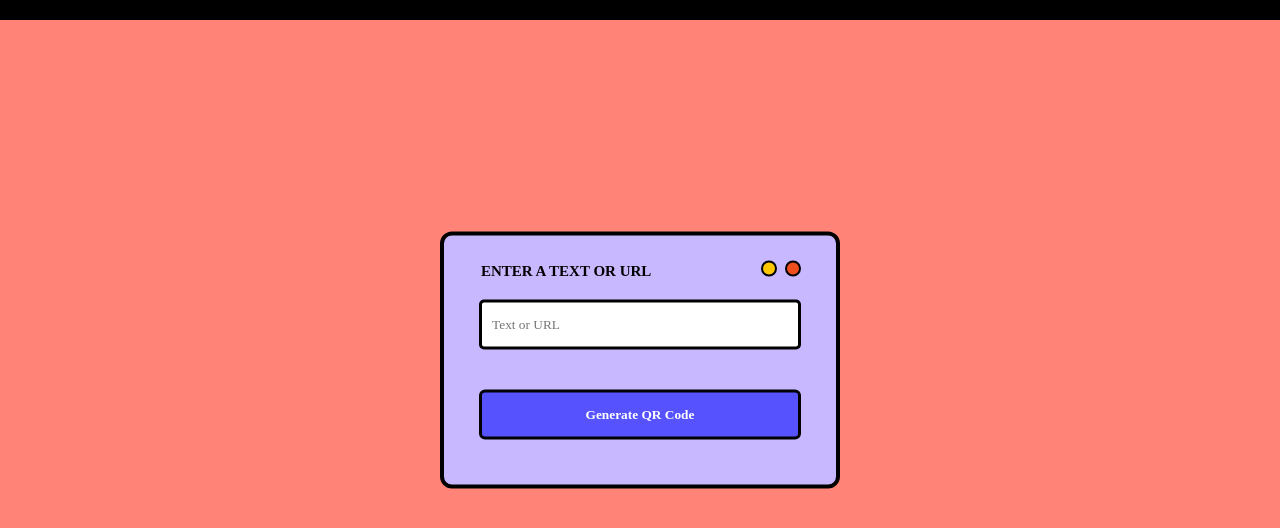
Repository: ThisIsSahaj/Js-Projects
Page: QRcodeGen/index.html
The author's editor kept a copy of each file at every save. The page is drawn from the files as they stood at one save, then again after the next save.
The browser window is 1280 px wide. The pictures show the whole page.

Above is the page before, as saved 2024-04-23 18:20:01.

### QRcodeGen/index.html
<!DOCTYPE html>
<html lang="en">
<head>
    <meta charset="UTF-8">
    <meta http-equiv="X-UA-Compatible" content="IE=edge">
    <meta name="viewport" content="width=device-width, initial-scale=1.0">
    <title>QR Code Generator</title>

    <link rel="stylesheet" href="style.css">

</head>
<body>
    <div class="container">
        <div class="header" style="display: flex; justify-content: space-between;">
            <p>ENTER A TEXT OR URL</p>
            <div style="display: flex; gap: 8px;">
                <span style=" background-color: #FFC700; border: 2px solid black;"></span>
                <span style=" background-color: #EF4F1E; border: 2px solid black;" ></span>
            </div>

        </div>
        <input type="text" placeholder="Text or URL" id="input">
        <div id="qrBox">
            <img src="" id="qrImg">
        </div>
        <button onclick="generate()">Generate QR Code</button>
    </div>

</body>

<script src="script.js"></script>
</html>

### QRcodeGen/style.css
*{
  padding: 0;
  margin: 0;
  box-sizing: border-box;
  /* font-family: Arial, Helvetica, sans-serif; */
  font-family: 'whyte';
}

html{
    /* cursor: url('/assets/images/Pointer.png'), auto; */
    border: 10px solid black;
}


body{
    background: #FF8477;
}

.container{
    width: 400px;
    padding: 25px 35px;
    position: absolute;
    top: 50%;
    left: 50%;
    transform: translate(-50%,-50%);
    background-color: #C8B8FF;
    border: 4px solid black;
    color: black;
    border-radius: 12px;
    font-weight: bold;
}

.container p{
    font-weight: 600;
    font-size: 15px;
    margin-bottom: 8px;
    padding: 2px;
    width: 60%;
}
 span{
    border-radius: 50%;
    width: 16px;
    height: 16px;
}

.container input{
    width: 100%;
    height: 50px;
    border: 3px solid #000;
    outline: 0;
    padding: 10px;
    margin: 10px 0 20px;
    border-radius: 5px;
    }

.container button{
     width: 100%;
     height: 50px;
     background: #5552FE;
     color: #fff;
     border: 3px solid black;
     outline: 0;
     border-radius: 6px;
     cursor: pointer;
     margin: 20px 0;
     font-weight: 700;
     cursor: url('/assets/images/Pointer.png'), auto;
    }

#qrBox{
       width: 200px;
       max-height: 0;
       overflow: hidden;
       transition: max-height 1s;
       /* border: none; */
       background: #fff;
       border-radius: 10px;
    }

#qrBox img{
        border: none;
        width: 100%;
        padding: 10px;

     }

#qrBox.show-img{
    max-height: 300px;
    margin: 10px auto;
    border: 1px solid #d1d1d1;
}

.error{
    animation: shake 0.1s linear 4;
}
@keyframes shake {
    0%{
        transform: translateX(0);
    }
    25%{
        transform: translateX(-2px);
    }
    50%{
        transform: translateX(0);
    }
    75%{
        transform: translateX(2px);
    }
    100%{
        transform: translateX(0);
    }
}

### QRcodeGen/script.js
const input = document.querySelector('#input');
const qrBox = document.querySelector('#qrBox');
const qrImg = document.querySelector('#qrImg');

const generate = () => {

    if (input.value.length > 0) {

        qrImg.src = 'https://api.qrserver.com/v1/create-qr-code/?size=150x150&data='+ input.value;
        qrBox.classList.add('show-img');
    }

    //to show error if there is no input
    else{
        input.classList.add('error');

        setTimeout(() => {
         input.classList.remove('error');
        }, 1000);
    }
}

// input.addEventListener('keyup', (event)=>{

//     if(event.key == 'Enter')
//     {
//         generate();
//     }
// })

document.body.addEventListener('keyup', (event)=>{

    if(event.key == 'Enter')
    {
        generate();
    }
})

After the next save:
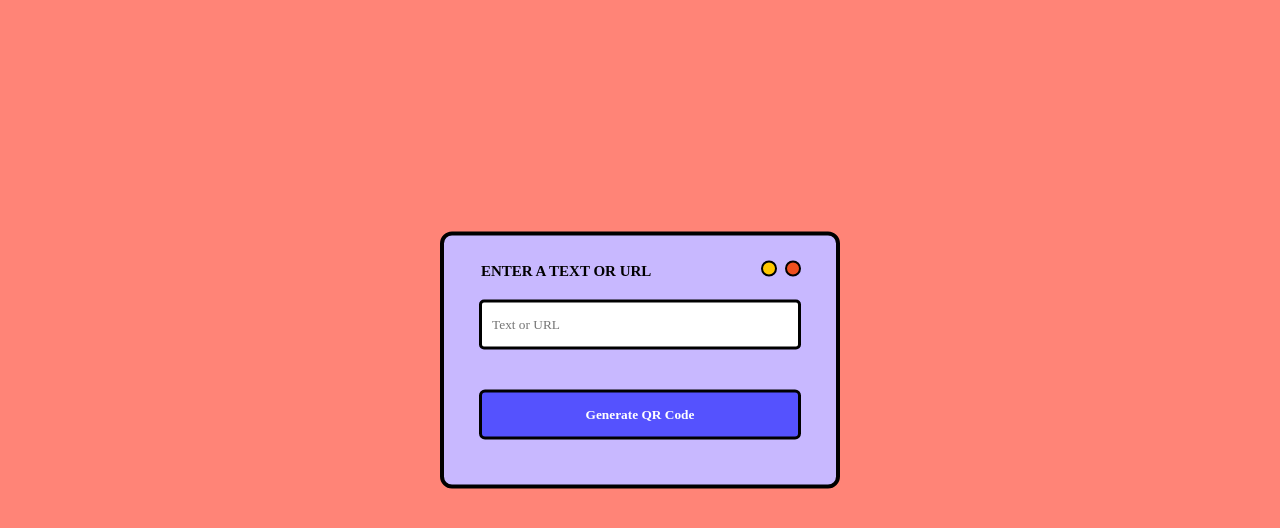
Saved 13 s later.
--- a/QRcodeGen/style.css
+++ b/QRcodeGen/style.css
@@ -8,7 +8,7 @@
 
 html{
     /* cursor: url('/assets/images/Pointer.png'), auto; */
-    border: 10px solid black;
+
 }
 
 
